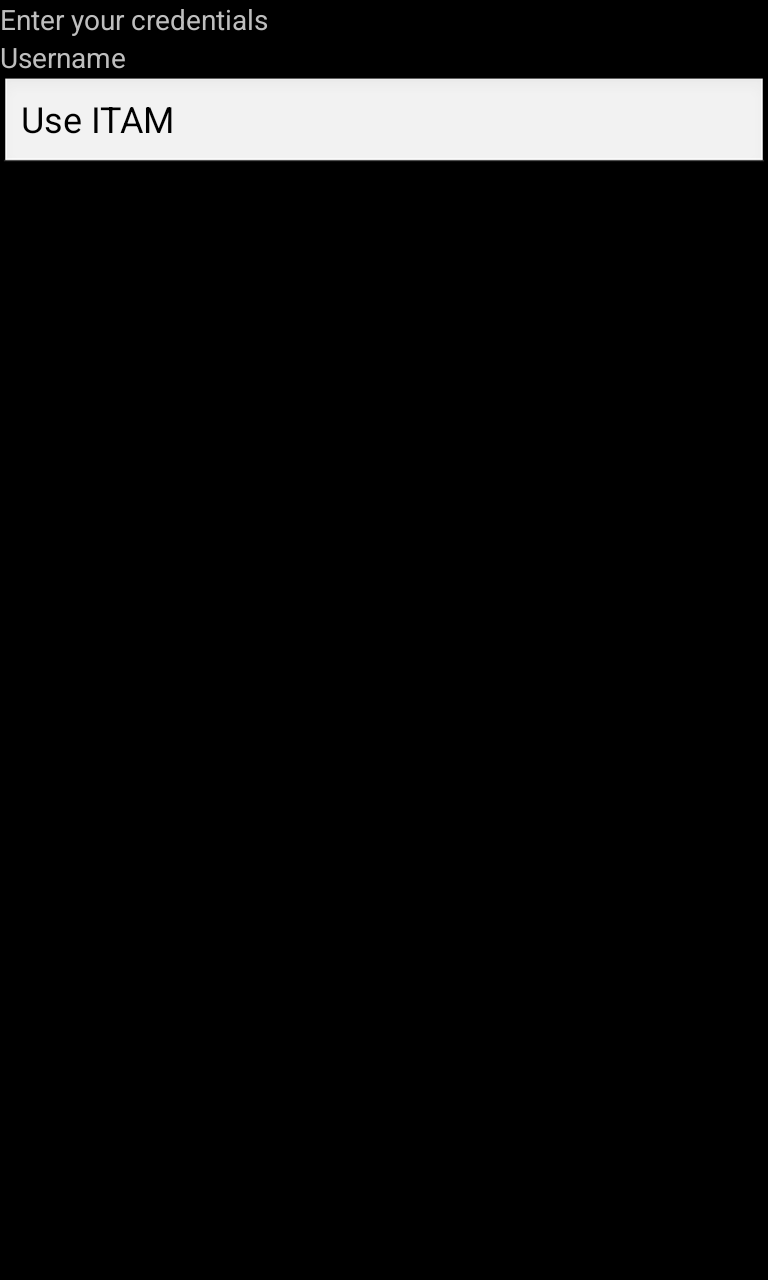
Repository: cogitovsmachina/Curso-Android-en-ITAM
Layout: SimpleLoginForm/res/layout/main.xml
The author's editor kept a copy of each file at every save. The layout is drawn from the files as they stood at one save, then again after the next save.
It is drawn on a 768 x 1280 px phone screen (xhdpi) without system bars, with theme android:Theme; the app's code is not run.

Above is the layout before, as saved 2011-07-05 14:45:50.

### SimpleLoginForm/res/layout/main.xml
<?xml version="1.0" encoding="utf-8"?>
<LinearLayout xmlns:android="http://schemas.android.com/apk/res/android"
    android:orientation="vertical"
    android:layout_width="fill_parent"
    android:layout_height="fill_parent"
    >
<TextView
    android:layout_width="fill_parent"
    android:layout_height="wrap_content"
    android:text="@string/hello"
    />
<TextView
    android:layout_width="fill_parent"
    android:layout_height="wrap_content"
    android:text="Username"
    />
    <EditText
    android:layout_width="fill_parent"
    android:layout_height="wrap_content"
    android:text="Use ITAM"
    />
</LinearLayout>

### SimpleLoginForm/res/values/strings.xml
<?xml version="1.0" encoding="utf-8"?>
<resources>
    <string name="hello">Enter your credentials</string>
    <string name="app_name">SimpleLoginForm</string>
</resources>

After the next save:
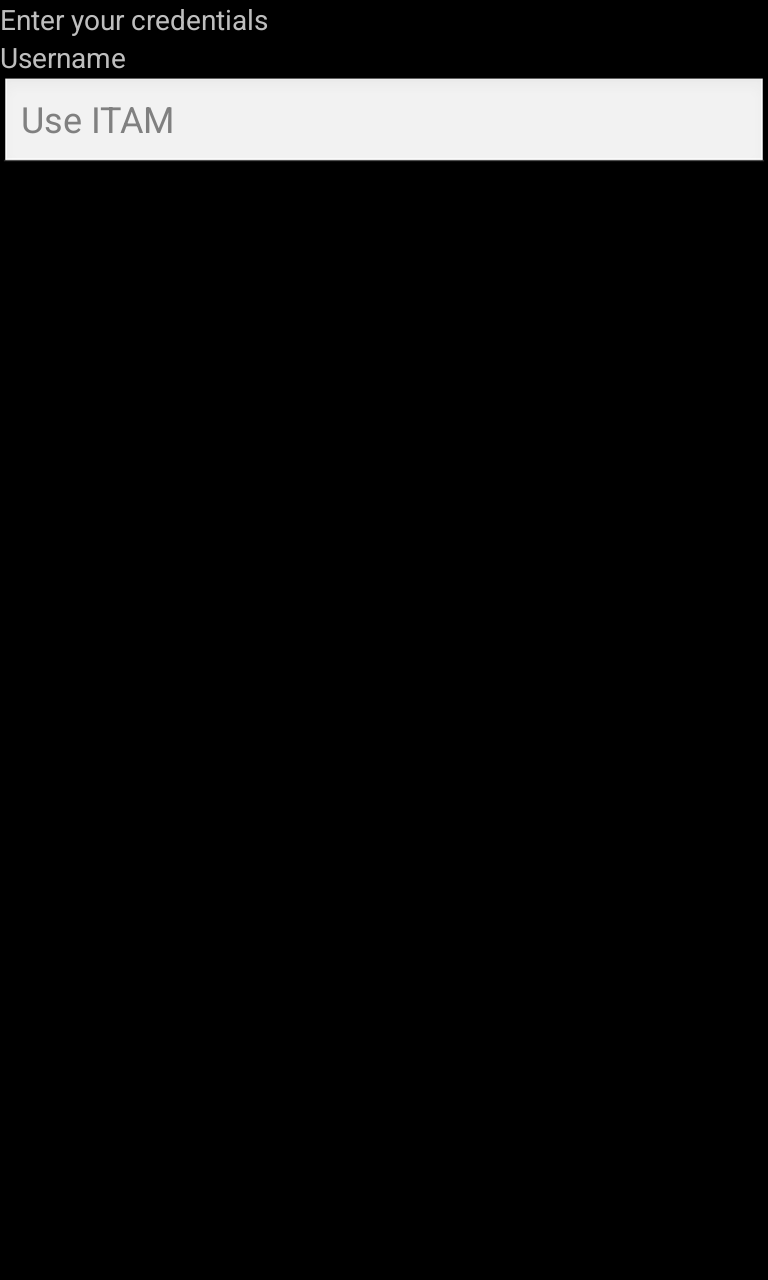
Saved 4 s later.
--- a/SimpleLoginForm/res/layout/main.xml
+++ b/SimpleLoginForm/res/layout/main.xml
@@ -17,6 +17,6 @@
     <EditText
     android:layout_width="fill_parent"
     android:layout_height="wrap_content"
-    android:text="Use ITAM"
+    android:hint="Use ITAM"
     />
 </LinearLayout>
